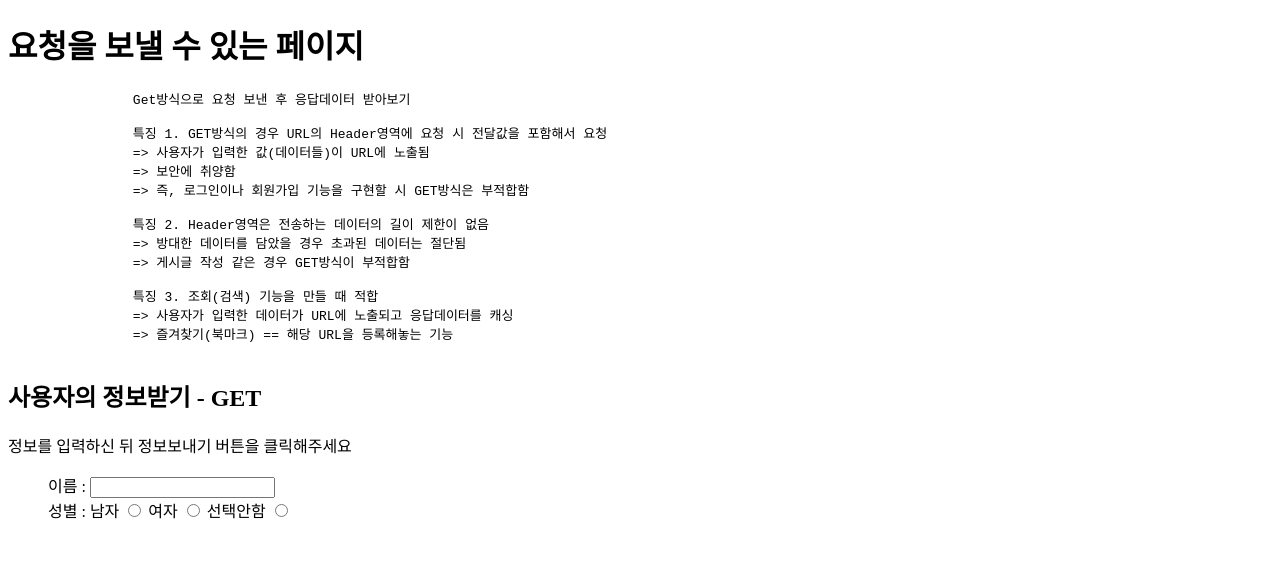
Repository: Simyoungdo04/dynamic-workspace
Page: FirstProject/src/main/webapp/views/request_get.html
These files come from the project's save history. The page is drawn as it stood at one moment and after the next save; the edit follows.
The browser window is 1280 px wide. The pictures show the whole page.

Above is the page before, as saved 2026-05-04 05:09:31.

### FirstProject/src/main/webapp/views/request_get.html
<!DOCTYPE html>
<html>
<head>
<meta charset="UTF-8">
<title>요청 페이지</title>
<style>
	ul{
		list-style: none;

	}
</style>
</head>
<body>
	<h1>요청을 보낼 수 있는 페이지</h1>

	<pre>
		Get방식으로 요청 보낸 후 응답데이터 받아보기

		특징 1. GET방식의 경우 URL의 Header영역에 요청 시 전달값을 포함해서 요청
		=> 사용자가 입력한 값(데이터들)이 URL에 노출됨
		=> 보안에 취양함
		=> 즉, 로그인이나 회원가입 기능을 구현할 시 GET방식은 부적합함

		특징 2. Header영역은 전송하는 데이터의 길이 제한이 없음
		=> 방대한 데이터를 담았을 경우 초과된 데이터는 절단됨
		=> 게시글 작성 같은 경우 GET방식이 부적합함

		특징 3. 조회(검색) 기능을 만들 때 적합
		=> 사용자가 입력한 데이터가 URL에 노출되고 응답데이터를 캐싱
		=> 즐겨찾기(북마크) == 해당 URL을 등록해놓는 기능
	</pre>

	<h2> 사용자의 정보받기 - GET </h2>
	<p>정보를 입력하신 뒤 정보보내기 버튼을 클릭해주세요</p>

	<form method="get">
		<ul>
			<li>
				이름 : <input type="text" name="name" />
			</li>
			<li>
				성별 :
				남자 <input type="radio" name="gender"/>
				여자 <input type="radio" name="gender"/>
				선택안함 <input type="radio" name="gender"/>
			</li>
			<li>

			</li>
			<li>

			</li>
			<li>

			</li>
			<li>

			</li>
			<li>

			</li>
		</ul>
	</form>





















</body>
</html>

After the next save:
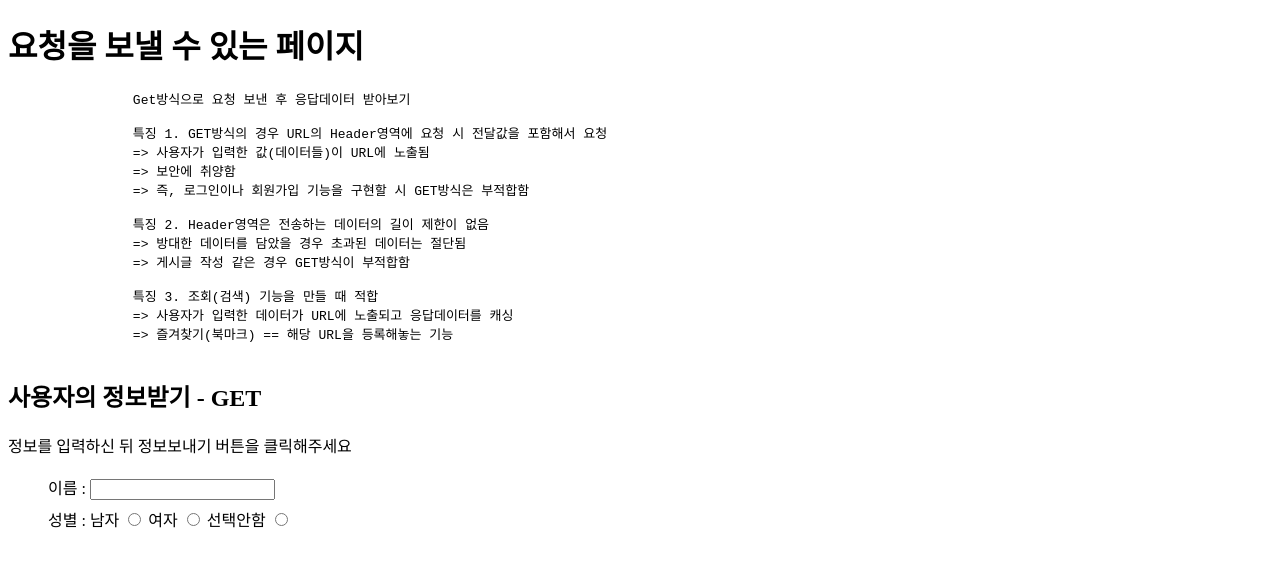
Saved 10 s later.
--- a/FirstProject/src/main/webapp/views/request_get.html
+++ b/FirstProject/src/main/webapp/views/request_get.html
@@ -6,7 +6,7 @@
 <style>
 	ul{
 		list-style: none;
-
+		line-height: 200%;
 	}
 </style>
 </head>
